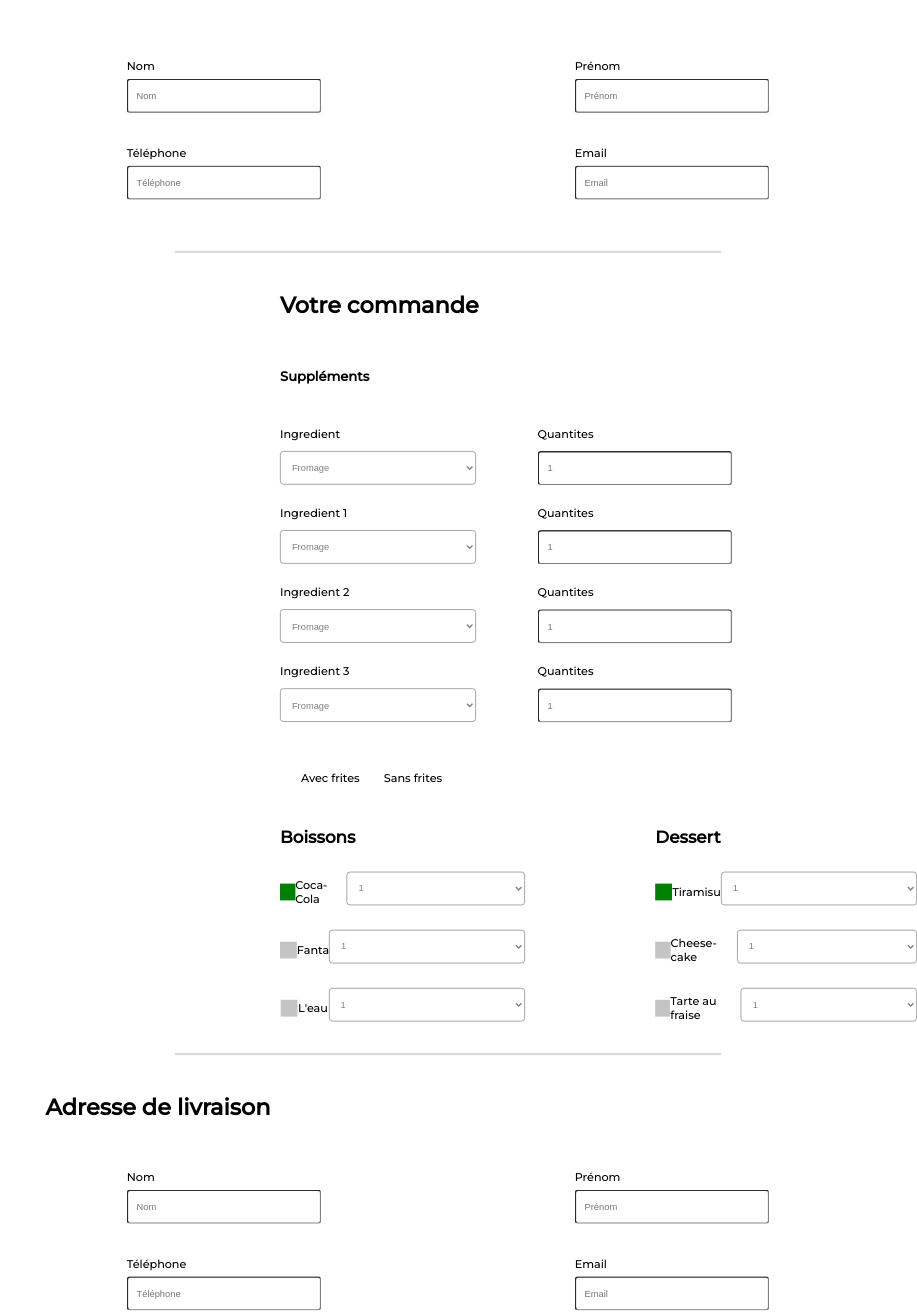
Repository: Ahlam-belhadj/bella-olange
Page: index2.html
These files come from the project's save history. The page is drawn as it stood at one moment and after the next save; the edit follows.
The browser window is 1280 px wide. The page is 1310 px wide, then 1280 px, so the pictures cover 1310 px, including what lies to the right of the window. The pictures show the part of the page from y = 865 to 2745 px (the page is 3199 px tall), at 70% of full size.

Above is the page before, as saved 2023-02-14 15:03:18.

### index2.html
<!DOCTYPE html>
<html lang="en">

<head>
    <meta charset="UTF-8">
    <meta http-equiv="X-UA-Compatible" content="IE=edge">
    <meta name="viewport" content="width=device-width, initial-scale=1.0">
    <link rel="stylesheet" href="style2.css">
    <title>Bella olanje</title>
</head>

<body>
  <header>
    <nav>
      <div class="logo"><img  class="logo" src="image/logo_bella_olonje.png" alt="logo"></div>
      <ul>
          <li><a href="#" class="nav-link">Home</a></li>
          <li><a href="#" class="nav-link">Pizza</a></li>
          <li><a href="#" class="nav-link">Burgers</a></li>
          <li><a href="#" class="nav-link">Salade</a></li>
          <li><a href="#" class="nav-link">Contact</a></li>

      </ul>
      <div class="icon_navbar">
          <label for="click" class="menu-btn">
            <i class="fas fa-bars"></i>
          </label>
      </div>
    </nav>

    <div class="title">
        <div class="texte">
            <h3>Food app</h3>
            <h1>Chez Bella <br>
                chaque désire s'additionne.</h1>
        </div>
    </div>
</header>




    <main>
      <div class="infos" id="form-infos">
        <form>
          <h1>Vos informations</h1>

          <div class="grp_infos">
            <div class="nom_prenom">
              <div class="label1">
                <label class="label_nom">Nom</label><br>
                <input type="text" placeholder="Nom">
              </div>
              <div class="label1">
                <label class="label_nom">Prénom</label><br>
                <input type="text" placeholder="Prénom">
              </div>
            </div>

            <div class="telephone_email">
              <div class="label1">
                <label class="label_nom">Téléphone</label><br>
                <input type="text" placeholder="Téléphone">
              </div>
              <div class="label1">
                <label class="label_nom">Email</label><br>
                <input type="text" placeholder="Email">
              </div>
            </div>
          </div>
        </form>
      </div>

      <hr>

      <div class="commande">
        <form>
          <h1>Votre commande</h1>
          <h3>Suppléments</h3>
          <div class="grp_suppliment">
            <div class="ingredient_quantite">
              <div class="fromage">
                <label>Ingredient</label><br>
                <select name="ingr" class="suppléments">
                  <option value="fromage">Fromage</option>
                  <option value="fromage">Fromage</option>
                  <option value="fromage">Fromage</option>
                  <option value="fromage">Fromage</option>
                  <option value="fromage">Fromage</option>
                  <option value="fromage">Fromage</option>
                  <option value="fromage">Fromage</option>
                </select>
              </div>
              <div class="box">
                <label>Quantites</label><br>
                <input type="number" min="0" placeholder="1">
              </div>
            </div>

            <div class="ingredient_quantite">
             <div class="fromage">
                <label>Ingredient 1</label><br>
                <select name="ingr" class="suppléments">
                  <option value="fromage">Fromage</option>
                  <option value="fromage">Fromage</option>
                  <option value="fromage">Fromage</option>
                  <option value="fromage">Fromage</option>
                  <option value="fromage">Fromage</option>
                  <option value="fromage">Fromage</option>
                  <option value="fromage">Fromage</option>
                </select>
              </div>
              <div class="box">
                <label>Quantites</label><br>
                <input type="number" min="0" placeholder="1">
              </div>
            </div>

            <div class="ingredient_quantite">
              <div class="fromage">
                <label>Ingredient 2</label><br>
                <select name="ingr" class="suppléments">
                  <option value="fromage">Fromage</option>
                  <option value="fromage">Fromage</option>
                  <option value="fromage">Fromage</option>
                  <option value="fromage">Fromage</option>
                  <option value="fromage">Fromage</option>
                  <option value="fromage">Fromage</option>
                  <option value="fromage">Fromage</option>
                </select>
              </div>
              <div class="box">
                <label>Quantites</label><br>
                <input type="number" min="0" placeholder="1">
              </div>
            </div>

            <div class="ingredient_quantite">
              <div class="fromage">
                <label>Ingredient 3</label><br>
                <select name="ingr" class="suppléments">
                  <option value="fromage">Fromage</option>
                  <option value="fromage">Fromage</option>
                  <option value="fromage">Fromage</option>
                  <option value="fromage">Fromage</option>
                  <option value="fromage">Fromage</option>
                  <option value="fromage">Fromage</option>
                  <option value="fromage">Fromage</option>
                </select>
              </div>
              <div class="box">
                <label>Quantites</label><br>
                <input type="number" min="0" placeholder="1">
              </div>
            </div>
          </div>


          <div class="check2">
            <label class="container">Avec frites
              <input type="radio" checked="checked" name="radio">
              <span class="checkmark"></span>
            </label>
            <label class="container">Sans frites
              <input type="radio" name="radio">
              <span class="checkmark"></span>
            </label>
          </div>


          <div class="all">
            <div class="content_of_boisson">
                <h2>Boissons</h2>
                <div class="boissons">
                    <div class="carre"></div>
                    <label>Coca-Cola</label>
                    <select name="Fromage" class="Fromage" style="margin-top: 10px;">
                      <option value="">1</option>
                      <option value="">2</option>
                      <option value="">3</option>
                      <option value="">4</option>
                    </select>
                </div>
                <div class="boissons">
                    <div class="carre grey"></div>
                    <label>Fanta</label>
                    <select name="Fromage" class="Fromage" style="margin-top: 10px;">
                      <option value="">1</option>
                      <option value="">2</option>
                      <option value="">3</option>
                      <option value="">4</option>
                    </select>
                </div>
                <div class="boissons">
                    <div class="carre grey"></div>
                    <label>L'eau</label>
                    <select name="Fromage" class="Fromage" style="margin-top: 10px;">
                      <option value="">1</option>
                      <option value="">2</option>
                      <option value="">3</option>
                      <option value="">4</option>
                    </select>
                </div>
            </div>

            <div class="content_of_dessert">
                <h2>Dessert</h2>
                <div class="boissons dessert">
                    <div class="carre"></div>
                    <label>Tiramisu</label>
                    <select name="Fromage" class="Fromage" style="margin-top: 10px;">
                        <option value="">1</option>
                        <option value="">2</option>
                        <option value="">3</option>
                        <option value="">4</option>
                    </select>
                </div>
                <div class="boissons dessert">
                    <div class="carre grey"></div>
                    <label>Cheese-cake</label>
                    <select name="Fromage" class="Fromage" style="margin-top: 10px;">
                      <option value="">1</option>
                      <option value="">2</option>
                      <option value="">3</option>
                      <option value="">4</option>
                    </select>
                </div>
                <div class="boissons dessert">
                    <div class="carre grey"></div>
                    <label>Tarte au fraise</label>
                    <select name="Fromage" class="Fromage" style="margin-top: 10px;">
                      <option value="">1</option>
                      <option value="">2</option>
                      <option value="">3</option>
                      <option value="">4</option>
                    </select>
                </div>
            </div>
            </div>
        </form>
      </div>

      <hr>

      <div class="livraison">
        <form>
          <h1>Adresse de livraison</h1>
          <div class="grp_infos">
            <div class="nom_prenom">
              <div class="label1">
                <label class="label_nom">Nom</label><br>
                <input type="text" placeholder="Nom">
              </div>
              <div class="label1">
                <label class="label_nom">Prénom</label><br>
                <input type="text" placeholder="Prénom">
              </div>
            </div>

            <div class="telephone_email">
              <div class="label1">
                <label class="label_nom">Téléphone</label><br>
                <input type="text" placeholder="Téléphone">
              </div>
              <div class="label1">
                <label class="label_nom">Email</label><br>
                <input type="text" placeholder="Email">
              </div>
            </div>
            <div class="nom_prenom">
              <div class="label1">
                <label class="label_nom">Adresse</label><br>
                <input type="text" placeholder="Adresse">
              </div>
              <div class="label1">
                <label class="label_nom">Code postale</label><br>
                <input type="text" placeholder="Code postale">
              </div>
            </div>

            <div class="telephone_email">
              <div class="label1">
                <label class="label_nom">Ville</label><br>
                <input type="text" placeholder="Ville">
              </div>
              <div class="label1">
                <label class="label_nom">Pays</label><br>
                <input type="text" placeholder="Pays">
              </div>
            </div>
          </div>
            <div class="div_button"><button class="button" type="button">Envoyer</button></div>
        </form>

      </div>
    </main>

</body>

</html>

### style2.css
@import url('https://fonts.googleapis.com/css2?family=Montserrat:wght@100;200;500&display=swap');

body {
    font-family: Montserrat, sans-serif;
    margin: auto;
}


.logo {
    height: 80px;
}

nav {
    display: flex;
    height: 80px;
    background: white;
    align-items: center;
    justify-content: space-between;
    padding: 0 50px 0 100px;
    flex-wrap: wrap;
  }

  nav .logo {
    color: #fff;
    font-size: 20px;
    text-transform: uppercase;
    text-decoration: none;
  }

  nav a {
    color: #fff;
    text-decoration: none;
  }

  nav ul {
    display: flex;
    flex-wrap: wrap;
    list-style: none;

  }

  nav ul li {
    margin: 0 5px;
  }

  nav ul li a {
    color: black;
    text-decoration: none;
    font-size: 16px;
    font-weight: 500;
    padding: 8px 15px;
    border-radius: 5px;
    letter-spacing: 1px;
    transition: all 0.3s ease;
  }

  nav .icon_navbar {
    display: flex;
  }



  nav .menu-btn i {
    color: #050505;
    font-size: 22px;
    cursor: pointer;

  }

  input[type="checkbox"] {
    display: none;
  }

  @media (max-width: 1000px) {
    nav {
      padding: 0 40px 0 50px;
    }

    nav .logo {
      color: #fff;
      font-size: 16px;
      text-transform: uppercase;
    }
  }

 @media (max-width: 1250px) {
    nav .menu-btn i {
      display: block;
    }

    #click:checked~.menu-btn i:before {
      content: "\f00d";
    }

    nav ul {
      position: fixed;
      top: 80px;
      right: -100%;
      background: #C81100;
      height: 100vh;
      width: 60%;
      text-align: center;
      display: block;
      transition: all 0.3s ease;
    }

    #click:checked~ul {
      right: 0;
    }

    nav ul li {
      width: 100%;
      margin: 40px 0;
    }

    nav ul li a {
      width: 100%;
      display: block;
      font-size: 20px;
      transition: 0.6s cubic-bezier(0.68, -0.55, 0.265, 1.55);
    }

    #click:checked~ul li a {
      margin-left: 0px;
    }

    nav ul li a.active,
    nav ul li a:hover {
      background: none;
      color: #1E1E1E;
    }
  }
.title {
  background-image: url(image/Rectangle\ 48.png);
  height: 619px;
  background-repeat: no-repeat;
  background-position: center;
  background-size: cover;



}

.texte{
    color: white;
    display: flex;
    align-items: center;
    justify-content: center;
    flex-direction: column;
    text-align: center;
    height: 50%;
}




/*infos*/


.ingredient_quantite{
    display: flex;
    flex-direction:row;
    justify-content: flex-start;
    gap: 10%;
    margin-bottom: 10px;
}


.label1 input {
    width: 250px;
    height: 35px;
    margin-bottom: 20px;
    margin-top: 8px;
    padding: 5px 12px;
    color: grey;
    border-radius: 5px;
    border-color: gray;
}


.infos h1 {
    padding: 85px;
}

hr {
    height: 3px;
    background-color:#d8d8d8;
    border: none;
    margin: 25px 250px 25px;
}

.nom_prenom {
    display: flex;
    justify-content: space-around;
    padding-right: 0px;
    padding-bottom: 28px;
}
.telephone_email {
    display: flex;
    justify-content: space-around;
    padding-right: 0px;
    padding-bottom: 28px;
}

/*infos*/

/*livraison*/

.livraison h1 {
    margin-left: 65px;
    padding-top: 30px;
    padding-bottom: 50px;
}
/*livraison*/

/*commande*/
.suppléments {
    width: 280px;
    height: 48px;
    margin-bottom: 20px;
    margin-top: 15px;
    padding: 5px 12px;
    color: grey;
    border-radius: 5px;
    border-color: gray;
    background-color: #FFFFFF;
}


.commande {
    margin-left: 400px;
}

.commande h1 {
    padding-top: 30px;
}

.commande h3 {
    padding-top: 50px;
    padding-bottom: 42px;
}

.box input {
    width: 250px;
    height: 35px;
    margin-bottom: 20px;
    margin-top: 15px;
    padding: 5px 12px;
    color: grey;
    border-radius: 5px;
    border-color: gray;
}

.boissons_dessert {
    display: flex;
    flex-direction: row;
}

/*commande*/


.div_button {
    padding: 50px 150px 70px 0px;
    display: flex;
    justify-content: flex-end;
}

button {
    border: 0;
    line-height: 2.5;
    width: 120px;
    padding: 0 18px;
    font-size: 18px;
    text-align: center;
    color: #fff;
    border-radius: 20px;
    background-color: #FA4A0C;
    box-shadow: 1px 1px 5px #B73227;
}


/*dessert et boissons*/

.avec, .sans {
    display: flex;
    flex-direction: row;
    justify-content: space-around;
    width: 150px;
    height: 40px;
    align-items: center;
}

.sans_f {
    padding-top: 39px;
    padding-left: 50px;
}
.avec_f {
    padding-left: 10px;
}

.boissons{
    display: flex;
    align-items: center;
    justify-content: space-around;
    /* width: 31rem; */
    padding-top: 5px;
}

.carre {
    width: 24px;
    height: 24px;
    background-color: green;
}

.carre.grey {
    background-color: #C4C4C4;
}

.all {
    display: flex;
}

.content_of_dessert {
    margin-left: 186px;
}

.Fromage {
    padding: 7px;
    border-radius: 5px;
    width: 280px;
    height: 48px;
    margin-bottom: 20px;
    margin-top: 8px;
    padding: 5px 12px;
    color: grey;
    border-radius: 5px;
    border-color: gray;
    background-color: #FFFFFF;
}
/*dessert et boissons*/


/*checkbox*/
.check2 {
    padding-top: 40px;
    padding-bottom: 40px;
}
.container {
    padding-left: 30px;
    margin-bottom: 12px;
    cursor: pointer;
    font-size: 16px;


  }

  .container input {
    position: absolute;
    opacity: 0;
    cursor: pointer;
  }

  .checkmark {
    position: absolute;
    top: 0;
    left: 0;
    height: 21px;
    width: 21px;
    background-color: rgba(176, 176, 176, 0.677);
    border-radius: 50%;
}




  .container input:checked  .checkmark {
    background-color: #2e3983;
  }

  .checkmark:after {
    position: absolute;
    display: none;
  }

  .container input:checked ~ .checkmark:after {
    display: block;
  }

  .container .checkmark:after {
       top: 9px;
      left: 9px;
      width: 8px;
      background: white;
  }
/*checkbox*/

@media (max-width:650px) {
  .nom_prenom {
      display: flex;
      flex-direction: column;
      padding-left: 15%;
  }

  .telephone_email {
      display: flex;
      flex-direction: column;
      padding-left: 15%;
  }

  .ingredient_quantite{
    display: flex;
    flex-direction: column;
  }

  .all{
    display: flex;
    flex-direction: column;
  }

  .content_of_dessert{
    margin-left: 0px;
  }

  .Fromage{
    width: 20px;
  }


}

@media screen and (min-width:651px) and (max-width:1199px) {
  .nom_prenom {
    display: flex;
    flex-direction: column;
    padding-left: 15%;
}

.telephone_email {
    display: flex;
    flex-direction: column;
    padding-left: 15%;
}

.ingredient_quantite{
  display: flex;
  flex-direction: column;
}

.all{
  display: flex;
  flex-direction: column;
}

.content_of_dessert{
  margin-left: 0px;
}

.Fromage{
  width: 100px;
}



}

After the next save:
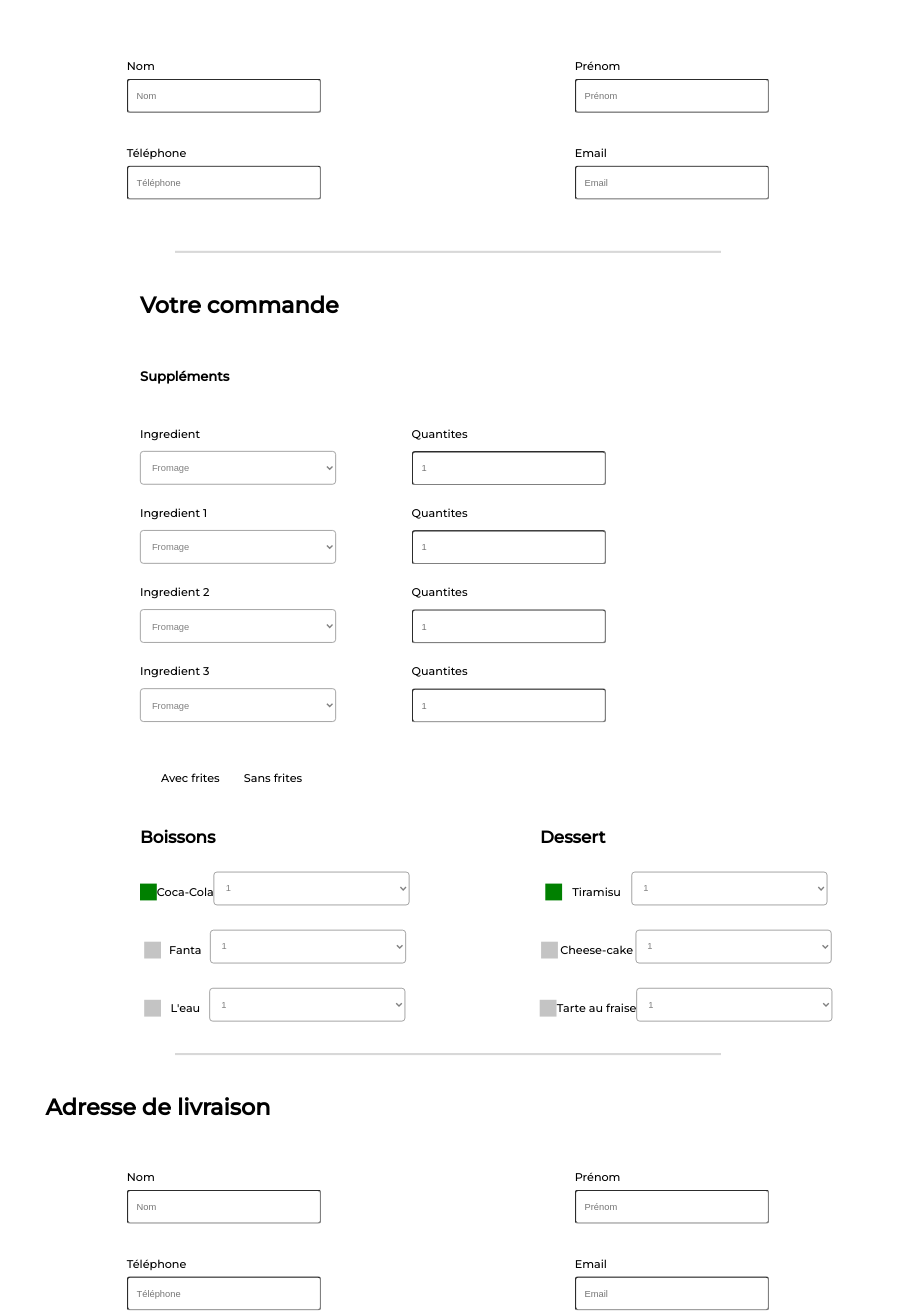
Saved 12 s later.
--- a/style2.css
+++ b/style2.css
@@ -228,7 +228,7 @@ hr {
 
 
 .commande {
-    margin-left: 400px;
+    margin-left: 200px;
 }
 
 .commande h1 {
